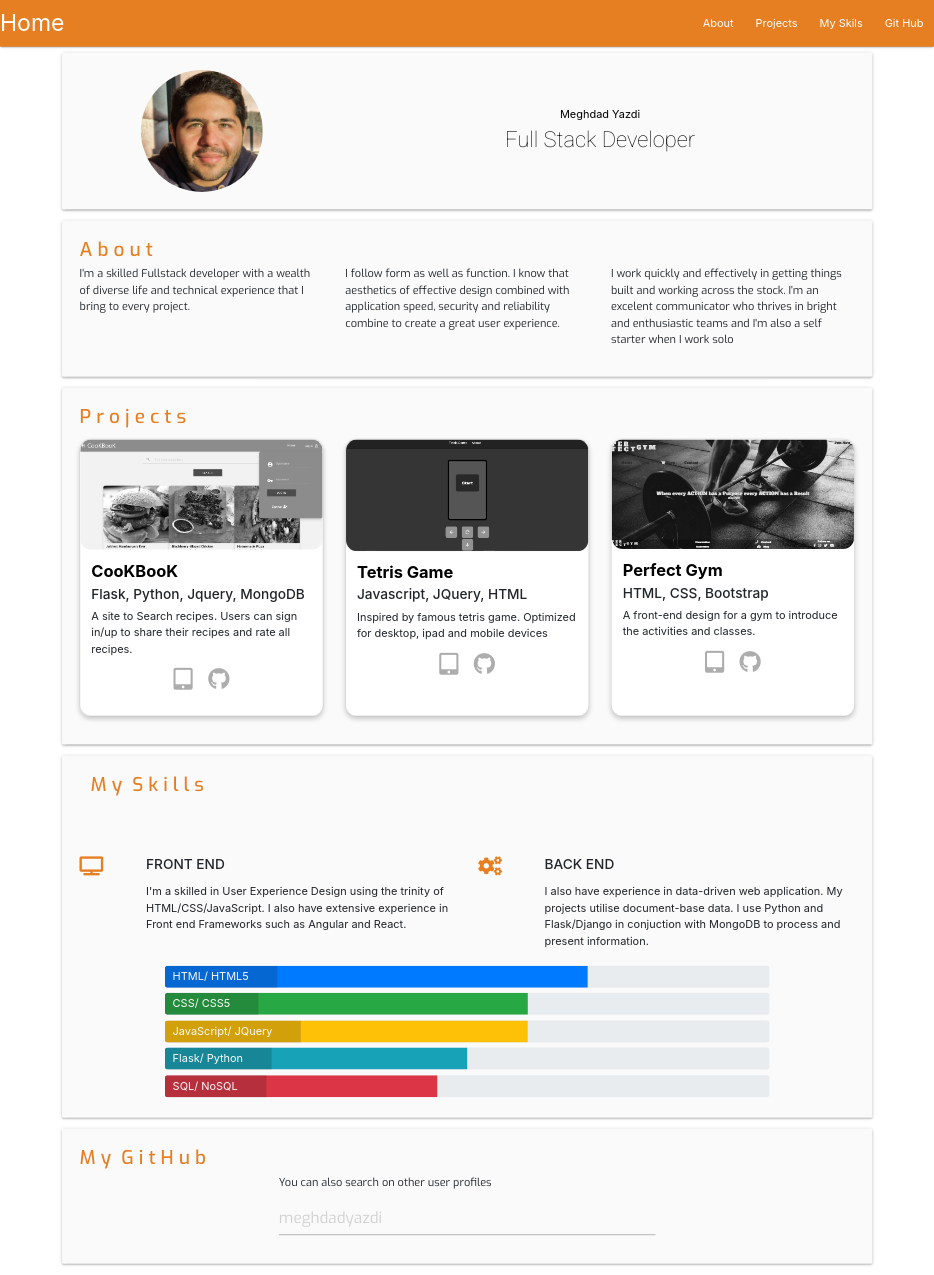
Repository: meghdadyazdi/SD_Res
Page: index.html
The author's editor kept a record of every edit. The page is drawn from the files as they stood at one moment, then again after the next edit.
The browser window is 1280 px wide. The pictures show the whole page, at 73% of full size.
Some web libraries are served in a nearby version.

Above is the page before.
Console error: ReferenceError: $ is not defined

### index.html
<!DOCTYPE html>
<html lang="en">

<head>
  <meta charset="UTF-8">
  <meta name="viewport" content="width=device-width, initial-scale=1.0">
  <meta http-equiv="X-UA-Compatible" content="ie=edge">
  <link rel="stylesheet" href="https://cdnjs.cloudflare.com/ajax/libs/materialize/1.0.0/css/materialize.min.css">
  <link href="https://fonts.googleapis.com/icon?family=Material+Icons" rel="stylesheet">
  <link rel="stylesheet" href="assets/style.css" type="text/css" />
  <link href="https://fonts.googleapis.com/css?family=Raleway:100,100i,200,200i,300,300i,400,400i,500,500i,600,600i,700,700i,800,800i,900,900i&display=swap&subset=latin-ext" rel="stylesheet">
  <link rel="stylesheet" href="https://stackpath.bootstrapcdn.com/bootstrap/4.4.1/css/bootstrap.min.css" integrity="sha384-Vkoo8x4CGsO3+Hhxv8T/Q5PaXtkKtu6ug5TOeNV6gBiFeWPGFN9MuhOf23Q9Ifjh" crossorigin="anonymous">
  <link href="https://fonts.googleapis.com/css?family=Roboto+Slab:400,700&display=swap" rel="stylesheet">
  <link rel="stylesheet" href="https://use.fontawesome.com/releases/v5.6.1/css/all.css"
		integrity="sha384-gfdkjb5BdAXd+lj+gudLWI+BXq4IuLW5IT+brZEZsLFm++aCMlF1V92rMkPaX4PP" crossorigin="anonymous">
  <link href="https://fonts.googleapis.com/css?family=Dosis&display=swap" rel="stylesheet">
  <script type="text/javascript" src="assets/js/github-information.js"></script>
  <title>Meghdad Yazdi's Resume</title>
</head>

<body>



  <nav>
    <div class="nav-wrapper">
      <a href="#index.html" class="brand-logo">Home</a>
      <a href="#" data-target="mobile-demo" class="sidenav-trigger"><i class="material-icons">menu</i></a>
      <ul class="right hide-on-med-and-down">
        <li><a href="#about">About</a></li>
        <li><a href="#projects">Projects</a></li>
        <li><a href="#skills">My Skils</a></li>
        <li><a href="#github">Git Hub</a></li>
      </ul>
    </div>
    <ul class="sidenav text-font" id="mobile-demo">
        <li><a href="#about">About</a></li>
        <li><a href="#projects">Projects</a></li>
        <li><a href="#skills">My Skils</a></li>
        <li><a href="#github">Git Hub</a></li>
    </ul>
  </nav>


  <section class="container">
    <div class="card-panel grey lighten-5 z-depth-1">
      <div class="row valign-wrapper">
        <div class="col-sm-4 center">
          <!--<div class="col my_img">-->
          <img src="assets/images/meghdad_res2.jpg" alt="" class="circle responsive-img center">
          <!-- notice the "circle" class -->
          <!--</div>-->
        </div>
        <div class="col-sm-8 center">
          <div class="row">
            <div class="col-sm-12 center">
              <span class="black-text name-font">
                Meghdad Yazdi
              </span>
            </div>
            <div class="col-sm-12 center">
              <span class="black-text my-font">
                Full Stack Developer
              </span>
            </div>
          </div>
        </div>
      </div>
    </div>
  </section>

  <section class="container">
    <div class="card-panel grey lighten-5 z-depth-1">
      <div class="row">
        <div class="col-sm-12 text-font">
          <h3 id="about" class="three-reasons-icon">A b o u t</h3>
        </div>
        <div class="col-sm-6 col-md-4 text-font m0">

          <p>
            I'm a skilled Fullstack developer with a wealth of diverse life and technical experience that I bring to every project.
          </p>
        </div>
        <div class="col-sm-6 col-md-4 text-font m0">
          <!--<h3>HOW DO I DO IT?</h3>-->
          <p>
            I follow form as well as function. I know that aesthetics of effective design combined with application speed, security and reliability combine to create a great user experience.
          </p>
        </div>
        <div class="col-sm-6 col-md-4 text-font m0">
          <!--<h3>WHY HIRE ME</h3>-->
          <p>
            I work quickly and effectively in getting things built and working across the stock. I'm an excelent communicator who thrives in bright and enthusiastic teams and I'm also a self starter when I work solo
          </p>
        </div>
      </div>
    </div>
  </section>


  <section class="container">
    <div class="card-panel grey lighten-5 z-depth-1">

      <div class="row align-items-center">
        <div class="col-sm-12 text-font">
          <h3 id="projects" class="three-reasons-icon">P r o j e c t s</h3>
        </div>

      <div class="col-sm-12 col-md-6 col-lg-4">
      <div id="cook" class="card">
        <img id="img-cook"  src="assets/images/cookbook.png" alt="CooKBooK" class="work-img" style="width:100%">
        <div class="container">
          <h4><b>CooKBooK</b></h4>
          <h5>Flask, Python, Jquery, MongoDB</h5>
          <p>A site to Search recipes. Users can sign in/up to share their recipes and rate all recipes.</p>
          <div class="par"><a href="https://cookbook-meghdad.herokuapp.com" target="_blank"><i class="fas fa-tablet-alt"></i></a>
          &nbsp&nbsp&nbsp&nbsp<a href="https://github.com/meghdadyazdi/cookbook" target="_blank"><i class="fab fa-github"></i></a></div>
        </div>
      </div>
      </div>


      <div class="col-sm-12 col-md-6 col-lg-4">
      <div id="tetris" class="card">
        <img id="img-tetris" src="assets/images/Tetris.png" alt="Tetris Game" class="work-img" style="width:100%">
        <div class="container">
          <h4><b>Tetris Game</b></h4>
          <h5>Javascript, JQuery, HTML</h5>
          <p>Inspired by famous tetris game. Optimized for desktop, ipad and mobile devices</p>
          <div class="par"><a href="https://meghdadyazdi.github.io/IFD-Milestone/" target="_blank"><i class="fas fa-tablet-alt"></i></a>
          &nbsp&nbsp&nbsp&nbsp<a href="https://github.com/meghdadyazdi/IFD-Milestone" target="_blank"><i class="fab fa-github"></i></a></div>
        </div>
      </div>
      </div>


      <div class="col-sm-12 col-md-6 col-lg-4">
      <div id="gym" class="card">
        <img id="img-gym" src="assets/images/gym.png" alt="Gym" class="work-img" style="width:100%">
        <div class="container">
          <h4><b>Perfect Gym</b></h4>
          <h5>HTML, CSS, Bootstrap</h5>
          <p>A front-end design for a gym to introduce the activities and classes.</p>
          <div class="par"><a href="https://meghdadyazdi.github.io/UCFD-Milestone/index.html" target="_blank"><i class="fas fa-tablet-alt"></i></a>
          &nbsp&nbsp&nbsp&nbsp<a href="https://github.com/meghdadyazdi/UCFD-Milestone" target="_blank"><i class="fab fa-github"></i></a></div>
        </div>
      </div>
      </div>

      </div>

    </div>
  </section>

  <section class="container">
    <div class="card-panel grey lighten-5 z-depth-1">

                <div class="col-sm-12 text-font">
                   <h3 id="skills" class="three-reasons-icon">M y  &nbspS k i l l s</h3>
                </div>
                <div class="row">
                    <div class="col-10 offset-1 offset-sm-0 col-sm-6">
                        <div class="row">
                            <div class="col-2">
                                <i class="three-reasons-icon fa fa-tv" aria-hiden="true"></i>
                            </div>
                            <div class="col-10">
                                <h5 class="three-reasons-heading uppercase">FRONT END</h5>
                                <p>I'm a skilled in User Experience Design using the trinity of HTML/CSS/JavaScript.
                                I also have extensive experience in Front end Frameworks such as Angular and React.
                                </p>
                            </div>
                        </div>
                    </div>
                    <div class="col-10 offset-1 offset-sm-0 col-sm-6">
                        <div class="row">
                            <div class="col-2">
                                <i class="three-reasons-icon fa fa-cogs" aria-hiden="true"></i>
                            </div>
                            <div class="col-10">
                                <h5 class="three-reasons-heading uppercase">BACK END</h5>
                                <p>
                                    I also have experience in data-driven web application. My projects utilise document-base data. I use Python and Flask/Django in conjuction with MongoDB to process and present information.
                                </p>
                            </div>
                        </div>
                    </div>
                </div>


                <div class="row progress-section">
                    <div class="col">
                        <div class="progress">
                            <div class="progress-bar" role="progressbar" aria-valuenow="90" aria-valuemin="0" aria-valuemax="100" style="width:70%;">
                                <span class="sr-only">70% complete</span>
                            </div>
                            <span class="progress-type progress-font">HTML/ HTML5</span>
                        </div>
                        <div class="progress">
                            <div class="progress-bar bg-success" role="progressbar" aria-valuenow="70" aria-valuemin="0" aria-valuemax="100" style="width:60%;">
                                <span class="sr-only">600% complete</span>
                            </div>
                            <span class="progress-type progress-font">CSS/ CSS5</span>
                        </div>

                        <div class="progress">
                            <div class="progress-bar bg-warning" role="progressbar" aria-valuenow="80" aria-valuemin="0" aria-valuemax="100" style="width:60%;">
                                <span class="sr-only">60% complete</span>
                            </div>
                            <span class="progress-type progress-font">JavaScript/ JQuery</span>
                        </div>
                        <div class="progress">
                            <div class="progress-bar bg-info" role="progressbar" aria-valuenow="75" aria-valuemin="0" aria-valuemax="100" style="width:50%;">
                                <span class="sr-only">50% complete</span>
                            </div>
                            <span class="progress-type progress-font">Flask/ Python</span>
                        </div>
                        <div class="progress">
                            <div class="progress-bar bg-danger" role="progressbar" aria-valuenow="80" aria-valuemin="0" aria-valuemax="100" style="width:45%;">
                                <span class="sr-only">45% complete</span>
                            </div>
                            <span class="progress-type progress-font">SQL/ NoSQL</span>
                        </div>
                    </div>
                </div>

    </div>
  </section>

  <section class="container">
    <div class="card-panel grey lighten-5 z-depth-1">
      <div class="row bg-color-contact">

        <div class="col-sm-12 text-font">
                   <h3 id="github" class="three-reasons-icon">M y &nbspG i t H u b</h3>
                </div>

        <div class="col-md-6 offset-md-3 center-form text-font">

          <p>
            You can also search on other user profiles
          </p>

        </div>
        <div class="col-md-6 offset-md-3 center-form text-font">
          <input type="text" id="gh-username" placeholder="meghdadyazdi" value="" oninput="fetchGitHubInformation()" />
          <div id="gh-user-data"></div>
          <div id="gh-repo-data"></div>
        </div>
      </div>
    </div>
  </section>












</body>
<script src="https://cdnjs.cloudflare.com/ajax/libs/jquery/3.4.1/jquery.min.js" integrity="sha256-CSXorXvZcTkaix6Yvo6HppcZGetbYMGWSFlBw8HfCJo=" crossorigin="anonymous"></script>
<script src="https://cdnjs.cloudflare.com/ajax/libs/materialize/1.0.0/js/materialize.min.js"></script>
<script type="text/javascript" src="assets/js/jquery.js"></script>
<script type="text/javascript" src="">
  $(document).ready(function() {
    $('.sidenav').sidenav();
  });
</script>

</html>

### assets/style.css
@import url('https://fonts.googleapis.com/css?family=Roboto:100,200,300,400,500,600,700|Exo:100,200,300,400,500,600,700');

nav {
    background-color: #e67e22;
}

.sidenav {
    width: 120px;
}

.row .col.m2 {
    width: 50%;
    margin: 0;
}

.row .col.s12 {
    width: 50%;
    margin: 0;
}

.card-panel{
    position: relative;
}

.dark-bg{
    background-color: #676767;
}

.center {
  display: block;
  margin-left: auto;
  margin-right: auto;
  width: 50%;
}

img.responsive-img, video.responsive-video {
    max-width: 50%;
}
.name_font{
    /*font-family: 'Dosis', sans-serif;*/
    font-family: "Roboto", sans-serif;
    font-size: 2.5rem;
    font-weight: 400;
    text-align: center;
}
.my-font{
    /*font-family: 'Dosis', sans-serif;*/
    font-family: "Roboto", sans-serif;
    font-size: 2rem;
    /*text-align: center;*/
    font-weight: 100;
}
.text-font{
    /*font-family: 'Dosis', sans-serif;*/
    font-family: "Exo", sans-serif;
    font-size: 1rem;
    /*text-align: center;*/
    font-weight: 400;
}
.row{
    margin: 0;
}

.m0{
  margin: 0 !important;
}

.p0{
  padding: 0 !important;
}

.row .col-sm-6{
  margin-top: 5rem;
}

a:hover {
    color: #fff !important;
    text-decoration: none !important;
}

.card {
  box-shadow: 0 4px 8px 0 rgba(0,0,0,0.2);
  transition: 0.3s;
  width: 100%;
  height: 380px;
  border-radius: 15px !important;
  border: 0px solid rgba(0,0,0,.125);
}

.card:hover {
  box-shadow: 0 8px 90px 0 rgba(0,0,0,1);
}

.mauto{
  margin: auto !important;
}

.fa-tablet-alt{
  font-size: 30px;
  color: #adadad
}

.fa-tablet-alt:hover{
  transform: rotate(5deg);
  color: #5a5a5a;
}

.fa-github{
  font-size: 30px;
  color: #adadad
}

.fa-github:hover{
  transform: rotate(5deg);
  color: #5a5a5a;
}

.par{
  text-align: center;
}

.work-img{
  filter: grayscale(100%);
}

#img-cook,
#img-tetris,
#img-gym{
  border-radius: 15px;
}

h4{
  margin-top: 1rem !important;
  color: #000;
}

.card-img{

}

/*__________________________Skils______________________________*/

.progress{
    position: relative;
    height: 30px !important;
    margin-bottom: 4px;
}

.progress-type{
    position: absolute;
    left: 0;
    font-weight: 400;
    padding: 4px 39px 19px 10px;
    color: #fafafa;
    background-color: rgba(25,25,25,.2)
}

.progress-section{
    margin: 0px auto!important;
    width: 80%;
}

.progress-font{
  font-size: 15px;
}

/*___________________________three reason___________________________________*/

.three-reasons-icon{
    font-size: 26px;
    color: #e67e22;
}

.three-reasons-heading{
    margin-bottom: 15px;
}


/*__________________________Github_____________________________*/
#search-area {
  display: block;
  max-width: 70%;
  margin: 0 auto;
  background: #fff;
  padding: 15px 25px;
  -webkit-box-shadow: 1px 2px 3px -1px rgba(0, 0, 0, 0.4);
  -moz-box-shadow: 1px 2px 3px -1px rgba(0, 0, 0, 0.4);
  box-shadow: 1px 2px 3px -1px rgba(0, 0, 0, 0.4);
  -webkit-border-radius: 4px;
  -moz-border-radius: 4px;
  border-radius: 4px;
}

#gh-api-data {
  display: block;
  padding: 25px 0;
}

#loader {
  display: block;
  width: 200px;
  height: 200px;
  margin: 0 auto;
}


/* page content styles */

.small-name {
  font-size: 0.75em;
  color: #a9a9a9;
  font-style: italic;
}

.avi {
  float: left;
  margin-right: 7px;
  margin-bottom: 7px;
}

.avi img {
  border: 1px solid #ccc;
  padding: 3px;
}

.repo-list {
  display: block;
  clear: both;
  width: 100%;
}

.repo-list ul {
  font-size: 1.2em;
}

.repo-list ul li {
  display: block;
}

.repo-list ul li a {
  font-weight: bold;
  padding: 6px 9px;
  display: block;
  float: left;
  margin-right: 10px;
  margin-bottom: 10px;
  text-decoration: none;
  border: 1px solid #356492;
  -webkit-border-radius: 3px;
  -moz-border-radius: 3px;
  border-radius: 3px;
  color: #fff;
  background-color: #3673af;
  background-image: -webkit-gradient(linear, left top, left bottom, from(#5597d8), to(#3673af));
  background-image: -webkit-linear-gradient(top, #5597d8, #3673af);
  background-image: -moz-linear-gradient(top, #5597d8, #3673af);
  background-image: -ms-linear-gradient(top, #5597d8, #3673af);
  background-image: -o-linear-gradient(top, #5597d8, #3673af);
  background-image: linear-gradient(top, #5597d8, #3673af);
}

.repo-list ul li a:hover {
  background-color: #396895;
  background-image: -webkit-gradient(linear, left top, left bottom, from(#4b87c2), to(#396895));
  background-image: -webkit-linear-gradient(top, #4b87c2, #396895);
  background-image: -moz-linear-gradient(top, #4b87c2, #396895);
  background-image: -ms-linear-gradient(top, #4b87c2, #396895);
  background-image: -o-linear-gradient(top, #4b87c2, #396895);
  background-image: linear-gradient(top, #4b87c2, #396895);
}

.repo-list ul li a:active {
  -webkit-box-shadow: inset 0 3px 5px rgba(0, 0, 0, 0.25);
  -moz-box-shadow: inset 0 3px 5px rgba(0, 0, 0, 0.25);
  box-shadow: inset 0 3px 5px rgba(0, 0, 0, 0.25);
}

.repo-list ul li a span {
  font-family: "Courier New", Courier, "Lucida Typewriter", monospace;
  font-size: 0.9em;
}

/* input field */

#gh-username {
  display: block;
  padding: 0;
  font-size: 1.4em;
  color: #666;
  /*max-width: 550px;*/
  margin-bottom: 15px;
}


#gh-submit {
  display: inline-block;
  padding: 8px 18px;
  font-size: 14px;
  font-weight: bold;
  color: #444;
  text-decoration: none;
  text-shadow: 0 1px 0 rgba(255, 255, 255, 0.8);
  background-color: #eaeaea;
  background-image: -webkit-linear-gradient(#fafafa, #eaeaea);
  background-image: -moz-linear-gradient(#fafafa, #eaeaea);
  background-image: -ms-linear-gradient(top, #fafafa, #eaeaea);
  background-image: -o-linear-gradient(top, #fafafa, #eaeaea);
  background-image: linear-gradient(#fafafa, #eaeaea);
  border-radius: 3px;
  border: 1px solid #ddd;
  border-bottom-color: #c5c5c5;
  -webkit-box-shadow: 0 1px 3px rgba(0, 0, 0, 0.05);
  -moz-box-shadow: 0 1px 3px rgba(0, 0, 0, 0.05);
  box-shadow: 0 1px 3px rgba(0, 0, 0, 0.05);
}

#gh-submit:hover {
  background-color: #dadada;
  background-image: -webkit-linear-gradient(#eaeaea, #dadada);
  background-image: -moz-linear-gradient(#eaeaea, #dadada);
  background-image: -ms-linear-gradient(top, #eaeaea, #dadada);
  background-image: -o-linear-gradient(top, #eaeaea, #dadada);
  background-image: linear-gradient(#eaeaea, #dadada);
  border-color: #ccc #ccc #b5b5b5;
}

#gh-submit:active {
  background-color: #dadada;
  background-image: none;
  border-color: #b5b5b5;
  -webkit-box-shadow: inset 0 3px 5px rgba(0, 0, 0, 0.25);
  -moz-box-shadow: inset 0 3px 5px rgba(0, 0, 0, 0.25);
  box-shadow: inset 0 3px 5px rgba(0, 0, 0, 0.25);
}

### assets/js/github-information.js
function userInformationHTML(user) {
    return `
        <h2>${user.name}
            <span class="small-name">
                (@<a href="${user.html_url}" target="_blank">${user.login}</a>)
            </span>
        </h2>
        <div class="gh-content">
            <div class="gh-avatar">
                <a href="${user.html_url}" target="_blank">
                    <img src="${user.avatar_url}" width="80" height="80" alt="${user.login}" />
                </a>
            </div>
            <p>Followers: ${user.followers} - Following ${user.following} <br> Repos: ${user.public_repos}</p>
        </div>`;
}

function repoInformationHTML(repos) {
    if (repos.length == 0) {
        return `<div class="clearfix repo-list">No repos!</div>`;
    }

    var listItemsHTML = repos.map(function(repo) {
        return `<li>
                    <a href="${repo.html_url}" target="_blank">${repo.name}</a>
                </li>`;
    });

    return `<div class="clearfix repo-list">
                <p>
                    <strong>Repo List:</strong>
                </p>
                <ul>
                    ${listItemsHTML.join("\n")}
                </ul>
            </div>`;
}

function fetchGitHubInformation(event) {
    $("#gh-user-data").html("");
    $("#gh-repo-data").html("");

    var username = $("#gh-username").val();
    if (!username) {
        $("#gh-user-data").html(`<h6>Please enter a GitHub username</h6>`);
        return;
    }

    $("#gh-user-data").html(
        `<div id="loader">
            <img src="images/loader.gif" alt="loading..." />
        </div>`);

    $.when(
        $.getJSON(`https://api.github.com/users/${username}`),
        $.getJSON(`https://api.github.com/users/${username}/repos`)
    ).then(
        function(firstResponse, secondResponse) {
            var userData = firstResponse[0];
            var repoData = secondResponse[0];
            $("#gh-user-data").html(userInformationHTML(userData));
            $("#gh-repo-data").html(repoInformationHTML(repoData));
        },
        function(errorResponse) {
            if (errorResponse.status === 404) {
                $("#gh-user-data").html(
                    `<h2>No info found for user ${username}</h2>`);
            } else if (errorResponse.status === 403) {
                var resetTime = new Date(errorResponse.getResponseHeader('X-RateLimit-Reset') * 1000);
                $("#gh-user-data").html(`<h4>Too many requests, please wait until ${resetTime.toLocaleTimeString()}</h4>`);
            }
            else {
                console.log(errorResponse);
                $("#gh-user-data").html(
                    `<h2>Error: ${errorResponse.responseJSON.message}</h2>`);
            }
        });
}

$(document).ready(fetchGitHubInformation);

### assets/js/jquery.js
$(document).ready(function(){
    $('.sidenav').sidenav();
    $('#cook').mouseenter(function (){
        $('#img-cook').removeClass('work-img');
    });
    $('#cook').mouseleave(function (){
        $('#img-cook').addClass('work-img');
    });
    $('#tetris').mouseenter(function (){
        $('#img-tetris').removeClass('work-img');
    });
    $('#tetris').mouseleave(function (){
        $('#img-tetris').addClass('work-img');
    });
    $('#gym').mouseenter(function (){
        $('#img-gym').removeClass('work-img');
    });
    $('#gym').mouseleave(function (){
        $('#img-gym').addClass('work-img');
    });

    $("a").on('click', function(event) {

    // Make sure this.hash has a value before overriding default behavior
    if (this.hash !== "") {
      // Prevent default anchor click behavior
      event.preventDefault();

      // Store hash
      var hash = this.hash;

      // Using jQuery's animate() method to add smooth page scroll
      // The optional number (800) specifies the number of milliseconds it takes to scroll to the specified area
      $('html, body').animate({
        scrollTop: $(hash).offset().top
      }, 1000, function(){

        // Add hash (#) to URL when done scrolling (default click behavior)
        window.location.hash = hash;
      });
    } // End if
  });
  });

After the next edit:
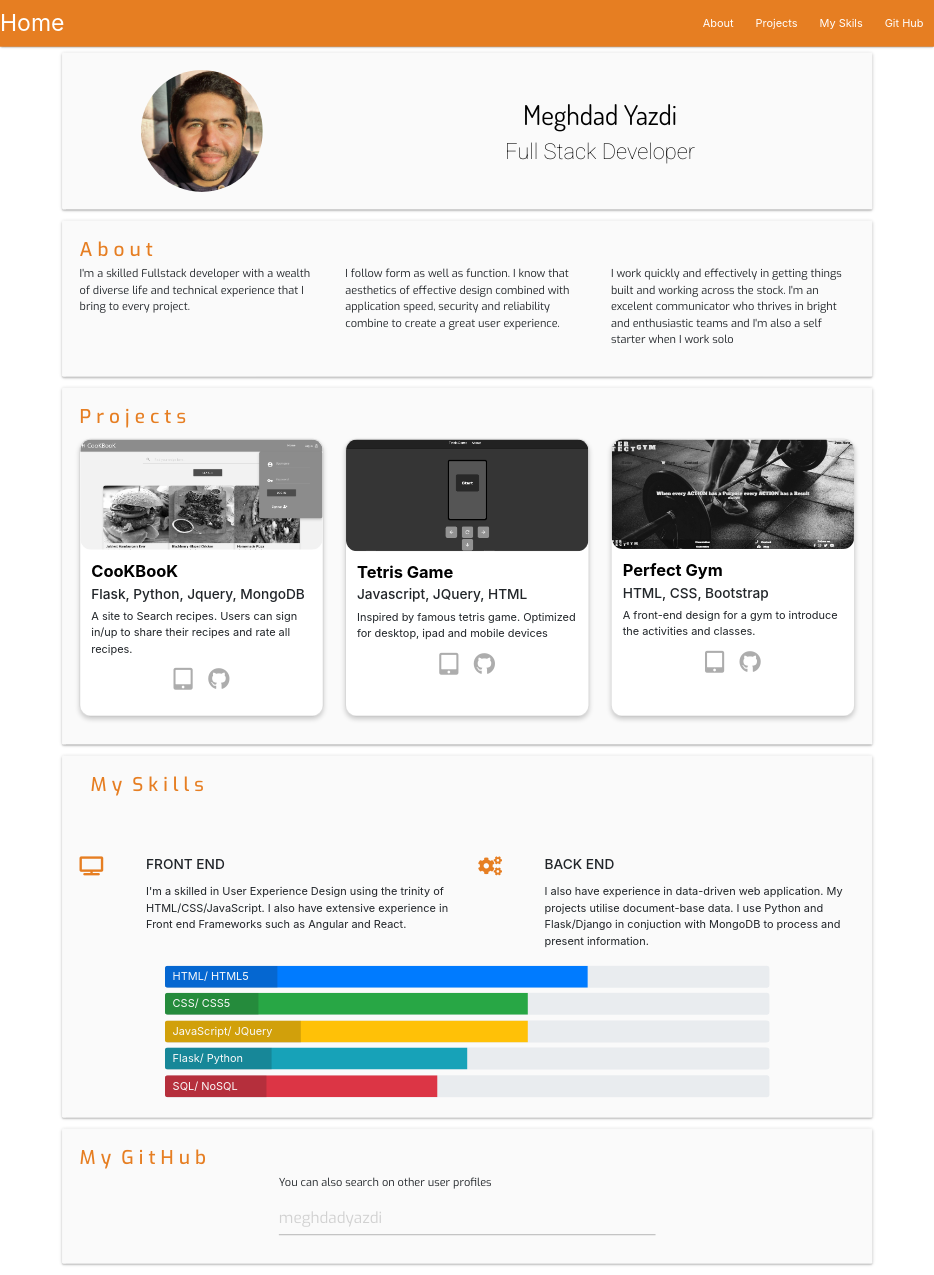
The edit:
--- a/assets/style.css
+++ b/assets/style.css
@@ -36,9 +36,9 @@
 img.responsive-img, video.responsive-video {
     max-width: 50%;
 }
-.name_font{
-    /*font-family: 'Dosis', sans-serif;*/
-    font-family: "Roboto", sans-serif;
+.name-font{
+    font-family: 'Dosis', sans-serif;
+    /*font-family: "Roboto", sans-serif;*/
     font-size: 2.5rem;
     font-weight: 400;
     text-align: center;
